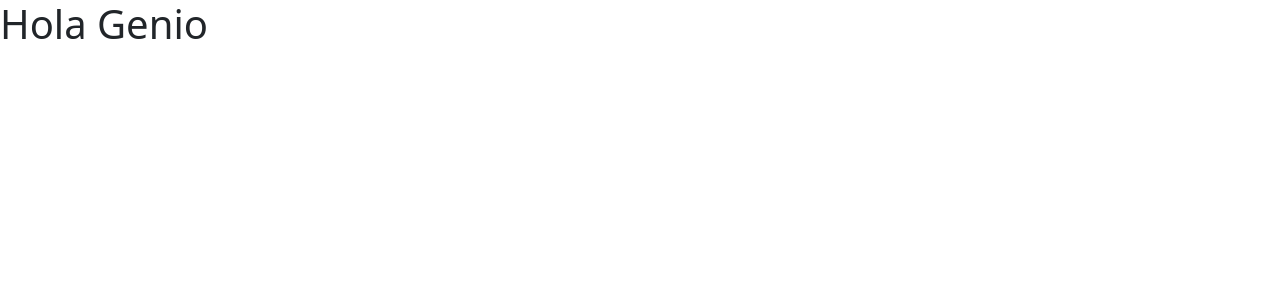
Repository: ChristianGecchelin/Typescript-Course1
Page: /
An editor plug-in stored every save of this project. The page is shown before and after the next save, followed by the edit.
The browser window is 1280 px wide. The pictures show the whole page.
The project was rebuilt for these pictures with package versions that can differ from the ones it lists, and the page was loaded fresh each time.

Above is the page before, as saved 2022-08-16 12:47:01.

After the next save:
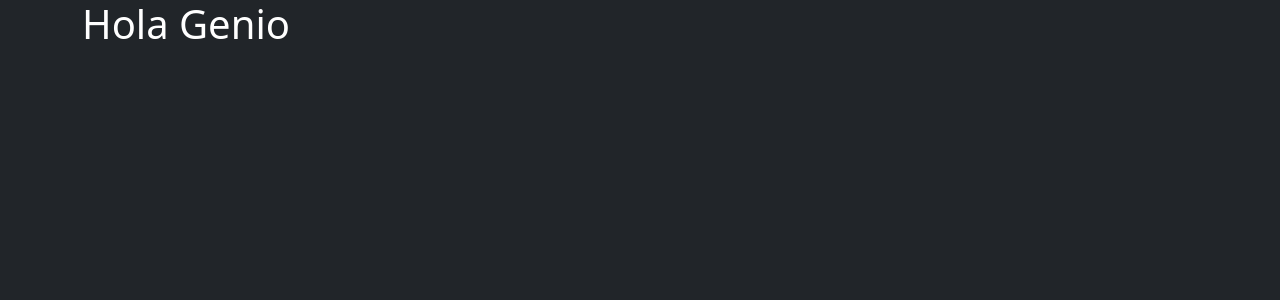
Saved 50 s later.
--- a/public/index.html
+++ b/public/index.html
@@ -33,7 +33,7 @@
     />
     <title>React + TS</title>
   </head>
-  <body>
+  <body class="container bg-dark text-white">
     <noscript>You need to enable JavaScript to run this app.</noscript>
     <div id="root"></div>
     <!--
